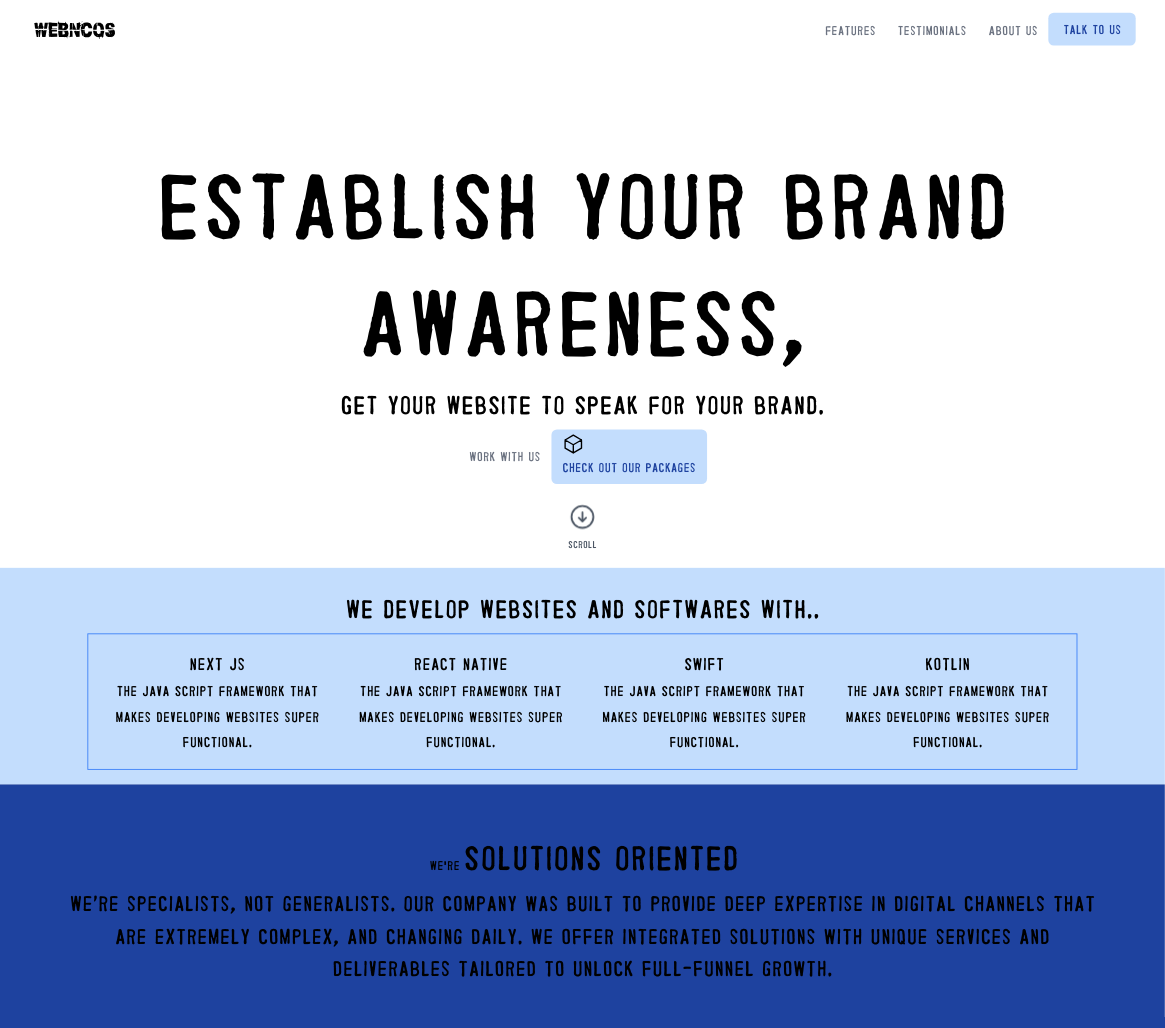
Repository: 1realjulius/webncos
Page: /
An editor plug-in stored every save of this project. The page is shown before and after the next save, followed by the edit.
The browser window is 1280 px wide. The pictures show the whole page, at 91% of full size.
The project was rebuilt for these pictures with package versions that can differ from the ones it lists, and the page was loaded fresh each time. The framework's server and built-in components were replaced by stand-ins that run in the browser. Also part of the build but not shown: next.config.js.

Above is the page before, as saved 2022-09-02 11:57:58.

After the next save:
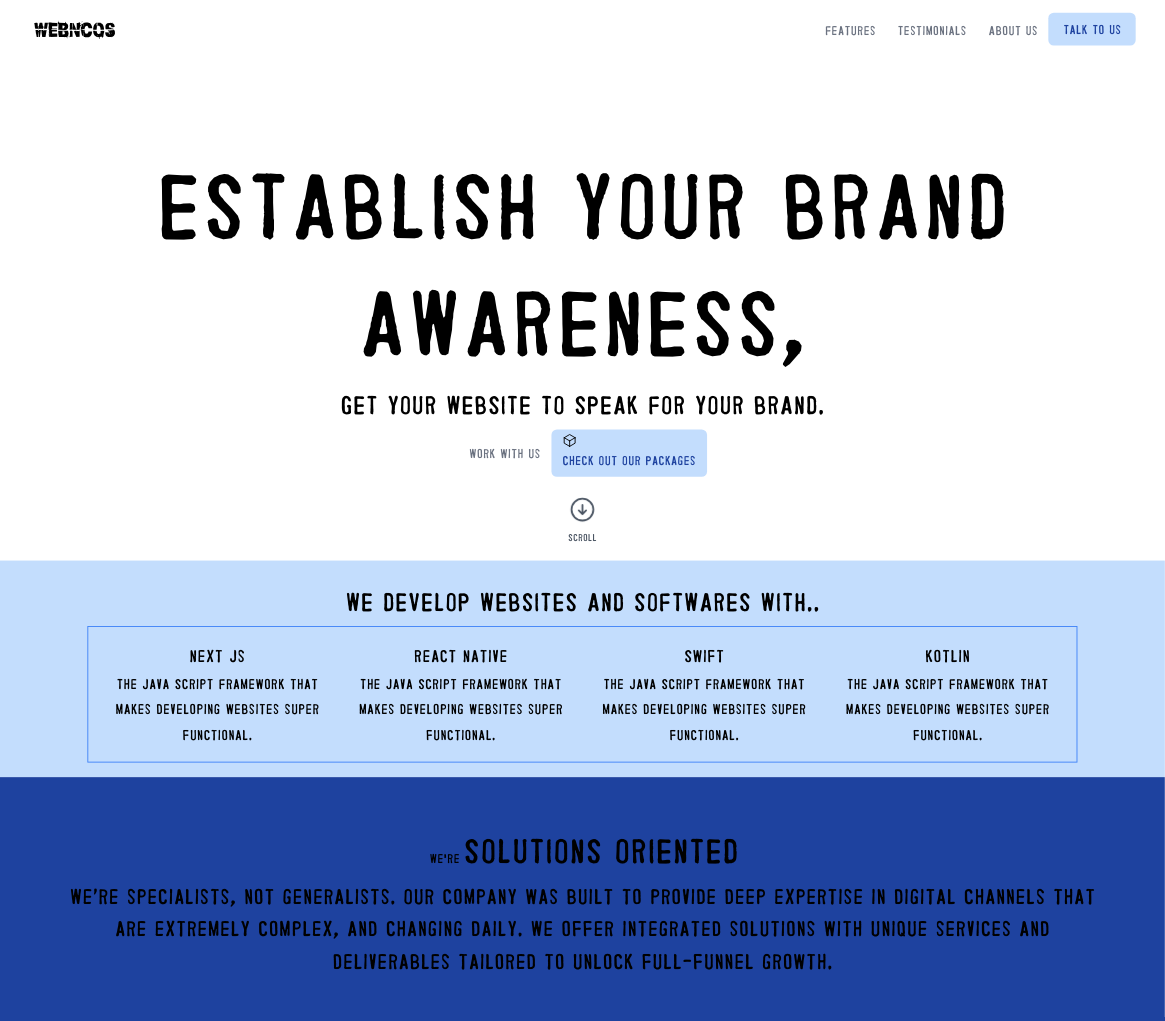
Saved 7 s later.
--- a/components/MainHome.tsx
+++ b/components/MainHome.tsx
@@ -37,7 +37,7 @@ const MainHome = () => {
                     viewBox="0 0 24 24"
                     stroke-width="1.5"
                     stroke="currentColor"
-                    className="w-6 h-6"
+                    className="w-4 h-4"
                   >
                     <path
                       stroke-linecap="round"
